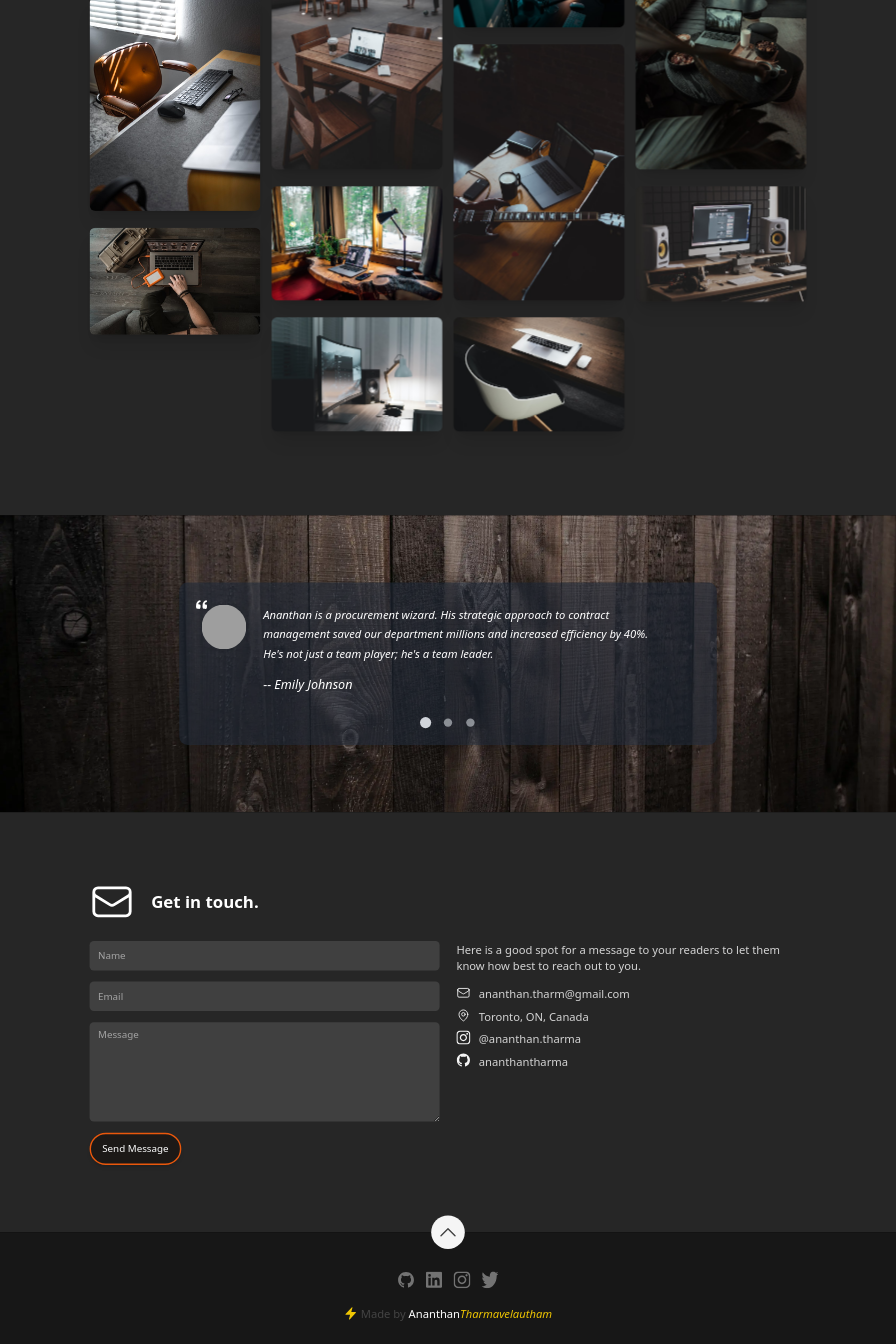
Repository: ananthantharma/portfolio
Page: /
An editor plug-in stored every save of this project. The page is shown before and after the next save, followed by the edit.
The browser window is 1280 px wide. The pictures show the part of the page from y = 3866 to 5786 px (the page is 5786 px tall), at 70% of full size.
Pictures or frames that could not be fetched are drawn as grey boxes. Backgrounds fixed to the window are drawn as part of the page. The project was rebuilt for these pictures with package versions that can differ from the ones it lists, and the page was loaded fresh each time. The framework's server and built-in components were replaced by stand-ins that run in the browser. Also part of the build but not shown: next.config.js, src/components/Icon/FacebookIcon.tsx.

Above is the page before, as saved 2023-08-30 15:40:39.

### src/globalStyles.scss
@tailwind base;
@tailwind components;
@tailwind utilities;

@layer utilities {
  /* Chrome, Safari and Opera */
  .no-scrollbar::-webkit-scrollbar {
    display: none;
  }

  .no-scrollbar {
    -ms-overflow-style: none; /* IE and Edge */
    scrollbar-width: none; /* Firefox */
  }
}

@supports (-webkit-touch-callout: none) {
  .h-screen {
    height: -webkit-fill-available;
  }
}

/* Global styles */
* {
  -webkit-font-smoothing: antialiased;
  -moz-osx-font-smoothing: grayscale;
}

html {
  -webkit-tap-highlight-color: transparent;
  scroll-behavior: smooth;
  height: 100vh;
}

body {
  position: relative;
  width: 100%;
  color: #444444;
  font-family: system-ui, -apple-system, BlinkMacSystemFont, 'Segoe UI', Ubuntu, 'Helvetica Neue', sans-serif;
  background-color: #fafafa;
}

td,
th {
  padding: 4px 8px 4px 4px;
  text-align: left;
}

th {
  font-weight: 600;
}

### src/components/Sections/Footer.tsx
import {BoltIcon, ChevronUpIcon} from '@heroicons/react/24/solid';
import {FC, memo} from 'react';

import {SectionId} from '../../data/data';
import Socials from '../Socials';

const Footer: FC = memo(() => (
  <div className="relative bg-neutral-900 px-4 pb-6 pt-12 sm:px-8 sm:pb-8 sm:pt-14">
    <div className="absolute inset-x-0 -top-4 flex justify-center sm:-top-6">
      <a
        className="rounded-full bg-neutral-100 p-1 ring-white ring-offset-2 ring-offset-gray-700/80 focus:outline-none focus:ring-2 sm:p-2"
        href={`/#${SectionId.Hero}`}>
        <ChevronUpIcon className="h-6 w-6 bg-transparent sm:h-8 sm:w-8" />
      </a>
    </div>
    <div className="flex flex-col items-center gap-y-6">
      <div className="flex gap-x-4 text-neutral-500">
        <Socials />
      </div>
      <a
        className="-m-2 flex items-center gap-x-1 rounded-md p-2 ring-yellow focus:outline-none focus:ring-2"
        >
        <BoltIcon className="h-5 w-5 text-yellow" />
        <span>
          Made by <span className="text-white">Ananthan</span>
          <span className="italic text-yellow">Tharmavelautham</span>
        </span>
      </a>

    </div>
  </div>
));

Footer.displayName = 'Footer';
export default Footer;

### src/data/data.tsx
import {
  AcademicCapIcon,
  ArrowDownTrayIcon,
  BuildingOffice2Icon,
  CalendarIcon,
  FlagIcon,
  MapIcon,
  SparklesIcon,
} from '@heroicons/react/24/outline';

import GithubIcon from '../components/Icon/GithubIcon';
import InstagramIcon from '../components/Icon/InstagramIcon';
import LinkedInIcon from '../components/Icon/LinkedInIcon';
import TwitterIcon from '../components/Icon/TwitterIcon';
import heroImage from '../images/header-background.webp';
import porfolioImage1 from '../images/portfolio/portfolio-1.jpg';
import porfolioImage2 from '../images/portfolio/portfolio-2.jpg';
import porfolioImage3 from '../images/portfolio/portfolio-3.jpg';
import porfolioImage4 from '../images/portfolio/portfolio-4.jpg';
import porfolioImage5 from '../images/portfolio/portfolio-5.jpg';
import porfolioImage6 from '../images/portfolio/portfolio-6.jpg';
import porfolioImage7 from '../images/portfolio/portfolio-7.jpg';
import porfolioImage8 from '../images/portfolio/portfolio-8.jpg';
import porfolioImage9 from '../images/portfolio/portfolio-9.jpg';
import porfolioImage10 from '../images/portfolio/portfolio-10.jpg';
import porfolioImage11 from '../images/portfolio/portfolio-11.jpg';
import profilepic from '../images/profilepic.jpg';
import testimonialImage from '../images/testimonial.webp';
import {
  About,
  ContactSection,
  ContactType,
  Hero,
  HomepageMeta,
  PortfolioItem,
  SkillGroup,
  Social,
  TestimonialSection,
  TimelineItem,
} from './dataDef';

/**
 * Page meta data
 */
export const homePageMeta: HomepageMeta = {
  title: 'React Resume Template',
  description: "Example site built with Ananthan Tharmavelautham's react resume template",
};

/**
 * Section definition
 */
export const SectionId = {
  Hero: 'hero',
  About: 'about',
  Contact: 'contact',
  Portfolio: 'portfolio',
  Resume: 'resume',
  Skills: 'skills',
  Stats: 'stats',
  Testimonials: 'testimonials',
} as const;

export type SectionId = (typeof SectionId)[keyof typeof SectionId];


const handleDownloadClick = () => {
  const userCode = window.prompt("Please enter the code:");

  if (userCode === '1992') {
    window.open('/assets/resume.pdf', '_blank');
  } else {
    alert('Incorrect code. Please try again.');
  }
};

/**
 * Hero section
 */
export const heroData: Hero = {
  imageSrc: heroImage,
  name: `I'm Ananthan Tharmavelautham.`,
  description: (
    <>
      <p className="prose-sm text-stone-200 sm:prose-base lg:prose-lg">
        I'm a Toronto based <strong className="text-stone-100">Supply Chain Professional</strong>, currently working
        at <strong className="text-stone-100">Hydro One</strong> supporting construction and engineering procurement, supply chain management, project management, and category management.
      </p>
      <p className="prose-sm text-stone-200 sm:prose-base lg:prose-lg">
        In my free time time, you can catch me playing <strong className="text-stone-100">Chess</strong>,
        working on <strong className="text-stone-100">Coding Projects</strong>, or exploring beautiful{' '}
        <strong className="text-stone-100">Toronto</strong>.
      </p>
    </>
  ),
  actions: [
    {
      text: 'Resume',
      primary: true,
      Icon: ArrowDownTrayIcon,
      onClick: handleDownloadClick,
    },
    {
      href: `#${SectionId.Contact}`,
      text: 'Contact',
      primary: false,
    },
  ],
};

/**
 * About section
 */
export const aboutData: About = {
  profileImageSrc: profilepic,
  description: `Certified as a P.Eng, PMP, and CSCP, I bring a unique blend of software engineering and procurement expertise to the table. With a track record of achieving over $75 million in procurement savings and a 40% increase in operational efficiency, I excel in contract management and stakeholder negotiations`,
  aboutItems: [
    {label: 'Location', text: 'Toronto, ON', Icon: MapIcon},
    {label: 'Age', text: '35', Icon: CalendarIcon},
    {label: 'Nationality', text: 'Canadian / Tamil', Icon: FlagIcon},
    {label: 'Interests', text: 'Chess, Coding, Photography, Gaming, Golf', Icon: SparklesIcon},
    {label: 'Study', text: 'University of Ontario I.T. ', Icon: AcademicCapIcon},
    {label: 'Employment', text: 'Hydro One', Icon: BuildingOffice2Icon},
  ],
};

/**
 * Skills section
 */
export const skills: SkillGroup[] = [
  {
    name: 'Contract & Procurement Management',
    skills: [
      {
        name: 'Contract Administration',
        level: 9,
      },
      {
        name: 'Procurement Strategy',
        level: 9,
      },
      {
        name: 'Stakeholder Management',
        level: 8,
      },
      {
        name: 'Cost Optimization',
        level: 8,
      },
    ],
  },
  {
    name: 'Project Management',
    skills: [
      {
        name: 'Project Coordination',
        level: 9,
      },
      {
        name: 'Risk Management',
        level: 8,
      },
      {
        name: 'Budgeting & Scheduling',
        level: 8,
      },
    ],
  },
  {
    name: 'Software Engineering',
    skills: [
      {
        name: 'Data Analysis',
        level: 7,
      },
      {
        name: 'Process Automation',
        level: 6,
      },
    ],
  },
  {
    name: 'Languages',
    skills: [
      {
        name: 'English',
        level: 10,
      },
      {
        name: 'Tamil',
        level: 7,
      },
    ],
  },
];


/**
 * Portfolio section
 */
export const portfolioItems: PortfolioItem[] = [
  {
    title: 'Procurement Efficiency Model',
    description: 'Developed an analytical model to optimize procurement processes, resulting in a 40% increase in efficiency.',
    url: 'https://procurementmodel.com',
    image: porfolioImage1,
  },
  {
    title: 'Multi-Million Dollar Contract Management',
    description: 'Administered and managed over 50 high-value contracts across various departments and organizations.',
    url: 'https://contractmanagement.com',
    image: porfolioImage2,
  },
  {
    title: 'Supply Chain Post-Pandemic',
    description: 'Successfully navigated post-pandemic supply chain constraints, negotiating optimal contract terms and conditions.',
    url: 'https://supplychainpostpandemic.com',
    image: porfolioImage3,
  },
  {
    title: 'Vendor Managed Inventory Program',
    description: 'Coordinated the procurement of technically complex engineering construction contracts and vendor managed inventory programs.',
    url: 'https://vendormanagedinventory.com',
    image: porfolioImage4,
  },
  {
    title: 'Stakeholder Engagement',
    description: 'Skilled in engaging multiple stakeholders across various departments to achieve common goals.',
    url: 'https://stakeholderengagement.com',
    image: porfolioImage5,
  },
  {
    title: 'Cost Optimization Strategy',
    description: 'Made data-driven recommendations that achieved up to 30% cost savings on individual projects.',
    url: 'https://costoptimization.com',
    image: porfolioImage6,
  },
  {
    title: 'Team Leadership & Guidance',
    description: 'Provided advice and guidance to Supply Chain staff on procurement strategies and risk management.',
    url: 'https://teamleadership.com',
    image: porfolioImage7,
  },
  {
    title: 'Commercial Contract Drafting',
    description: 'Developed, negotiated, and drafted complex commercial agreements, including amendments.',
    url: 'https://commercialcontractdrafting.com',
    image: porfolioImage8,
  },
  {
    title: 'Audit Support',
    description: 'Provided daily support to internal and external auditors to ensure transparency and efficiency.',
    url: 'https://auditsupport.com',
    image: porfolioImage9,
  },
  {
    title: 'Renewable Generation Supply Chain',
    description: 'Managed renewable generation supply chain, setting time-targeted tasks and ensuring program effectiveness.',
    url: 'https://renewablegeneration.com',
    image: porfolioImage10,
  },
  {
    title: 'Defective Work Management',
    description: 'Facilitated the defective work management process within the context of existing agreements.',
    url: 'https://defectiveworkmanagement.com',
    image: porfolioImage11,
  },
];
// Add this new array for Credentials
export const credentials: TimelineItem[] = [
  {
    date: '2023',
    location: (
      <a href="https://www.peo.on.ca/about-peo/what-is-peo" rel="noopener noreferrer" target="_blank">
        Professional Engineers Ontario (PEO)
      </a>
    ),
    title: 'Professional Engineer (P.Eng)',
    content: <p>Obtained Professional Engineer (P.Eng) certification, demonstrating expertise in engineering principles and practices.</p>,
  },
  {
    date: '2017', // Year you obtained the credential
    location: (
      <a href="https://www.ascm.org/about-ascm/" rel="noopener noreferrer" target="_blank">
        American Production and Inventory Control Society (APICS Toronto Chapter)
      </a>
    ),
    title: 'Certified Supply Chain Professional (CSCP)',
    content: <p>Achieved CSCP certification, validating my expertise in supply chain management and ability to streamline operations.</p>,
  }
  ,
  {
    date: '2017', // Year you obtained the credential
    location: (
      <a href="https://www.pmi.org/certifications/project-management-pmp" rel="noopener noreferrer" target="_blank">
        Project Management Institute (PMI)
      </a>
    ),
    title: 'Project Management Professional (PMP)',
    content: <p>Received PMP certification, affirming my skills in project management, including planning, execution, and monitoring.</p>,
  },
];


/**
 * Resume section -- TODO: Standardize resume contact format or offer MDX
 */
export const education: TimelineItem[] = [
  {
    date: '2012',
    location: 'University of Ontario Institute of Technology (UOIT)',
    title: 'Bachelor of Mechanical Engineering with Honors (B.Eng.)',
    content: <p>Specialized in mechanical engineering with a focus on project management and team collaboration.</p>,
  },
  {
    date: '2022',
    location: 'Centennial College of Applied Arts and Technology',
    title: 'Software Engineering Technology (Diploma)',
    content: <p>Acquired practical skills in software engineering, including coding, data structures, and algorithms.</p>,
  },
  {
    date: '2020',
    location: 'Osgoode Hall Law School of York University',
    title: 'Certificates in Public Procurement Law & Practice, Contract Management and Negotiation',
    content: <p>Received specialized training in public procurement law, contract management, and negotiation techniques.</p>,
  },
];

export const experience: TimelineItem[] = [
  {
    date: 'Sept 2022 - Present',
    location: 'Hydro One, Toronto, ON',
    title: 'Sourcing Category Lead, Category Management',
    content: (
      <p>
        Specialize in contract administration and procurement strategy. Successfully navigated post-pandemic supply chain constraints, achieving optimal contract terms and conditions.
      </p>
    ),
  },
  {
    date: 'Mar 2021 – Sept 2022',
    location: 'Ontario Power Generation, Courtice, ON',
    title: 'Senior Procurement Specialist- Supply Chain',
    content: (
      <p>
        Responsible for planning and coordinating the procurement of technically complex engineering construction contracts. Developed procurement strategies that considered market conditions and end-user needs.
      </p>
    ),
  },
  {
    date: 'Feb 2019 - Mar 2021',
    location: 'Ontario Power Generation, Etobicoke, ON',
    title: 'First Line Manager, Renewable Generation - Supply Chain',
    content: (
      <p>
        Supervised subordinates and ensured programs were implemented effectively. Provided advice and guidance on procurement strategies and risk management. Offered analytical and strategic supply planning support for complex projects.
      </p>
    ),
  },
  {
    date: 'Oct 2013 - Oct 2015',
    location: 'Canadian Nuclear Laboratories Ltd., Port Hope, ON',
    title: 'Contract Officer',
    content: (
      <p>
        Managed the tendering process, including drafting of contractual documents and evaluation of bids. Offered strategic recommendations on pricing and contract strategy for high-value, complex projects.
      </p>
    ),
  },
  {
    date: 'Jan 2012 - Oct 2013',
    location: 'Atomic Energy of Canada Ltd., Chalk River, ON',
    title: 'Contract Administrator',
    content: (
      <p>
        Developed and led the implementation of a unique reporting tool for project managers. Managed post-award contract administration, ensuring compliance and drafting change orders as needed.
      </p>
    ),
  },
];

/**
 * Testimonial section
 */
export const testimonial: TestimonialSection = {
  imageSrc: testimonialImage,
  testimonials: [
    {
      name: 'Emily Johnson',
      text: 'Ananthan is a procurement wizard. His strategic approach to contract management saved our department millions and increased efficiency by 40%. He\'s not just a team player; he\'s a team leader.',
      image: 'https://cloudflare-ipfs.com/ipfs/Qmd3W5DuhgHirLHGVixi6V76LhCkZUz6pnFt5AJBiyvHye/avatar/169.jpg',
    },
    {
      name: 'Michael Smith',
      text: 'I had the pleasure of working with Ananthan on several high-stakes projects. His ability to negotiate and manage complex contracts is unparalleled. He has a knack for balancing diverse stakeholder interests for optimal results.',
      image: 'https://cloudflare-ipfs.com/ipfs/Qmd3W5DuhgHirLHGVixi6V76LhCkZUz6pnFt5AJBiyvHye/avatar/14.jpg',
    },
    {
      name: 'Sarah Williams',
      text: 'Ananthan\'s contributions to our supply chain strategies were invaluable. His data-driven recommendations led to cost savings of up to 30% on individual projects. He\'s a true asset to any team.',
      image: 'https://cloudflare-ipfs.com/ipfs/Qmd3W5DuhgHirLHGVixi6V76LhCkZUz6pnFt5AJBiyvHye/avatar/69.jpg',
    },
  ],
};


/**
 * Contact section
 */

export const contact: ContactSection = {
  headerText: 'Get in touch.',
  description: 'Here is a good spot for a message to your readers to let them know how best to reach out to you.',
  items: [
    {
      type: ContactType.Email,
      text: 'ananthan.tharm@gmail.com',
      href: 'mailto:ananthan.tharm@gmail.com',
    },
    {
      type: ContactType.Location,
      text: 'Toronto, ON, Canada',
      href: 'https://www.google.ca/maps/place/Toronto,+ON/@43.7182639,-79.7076927,10z/data=!3m1!4b1!4m6!3m5!1s0x89d4cb90d7c63ba5:0x323555502ab4c477!8m2!3d43.653226!4d-79.3831843!16zL20vMGg3aDY?entry=ttu',
    },
    {
      type: ContactType.Instagram,
      text: '@ananthan.tharma',
      href: 'https://www.instagram.com/ananthan.tharma/',
    },
    {
      type: ContactType.Github,
      text: 'ananthantharma',
      href: 'https://github.com/ananthantharma',
    },
  ],
};

/**
 * Social items
 */
export const socialLinks: Social[] = [
  {label: 'Github', Icon: GithubIcon, href: 'https://github.com/ananthantharma'},
  {label: 'LinkedIn', Icon: LinkedInIcon, href: 'https://www.linkedin.com/in/ananthan/'},
  {label: 'Instagram', Icon: InstagramIcon, href: 'https://www.instagram.com/ananthan.tharma/'},
  {label: 'Twitter', Icon: TwitterIcon, href: 'https://twitter.com/bloodripp'},
];

### src/components/Icon/TwitterIcon.tsx
import {FC, memo} from 'react';

import Icon, {IconProps} from './Icon';

const TwitterIcon: FC<IconProps> = memo(props => (
  <Icon {...props}>
    <path
      d="M40.254 127.637c48.305 0 74.719-48.957 74.719-91.403 0-1.39 0-2.777-.075-4.156 5.141-4.547 9.579-10.18 13.102-16.633-4.79 2.602-9.871 4.305-15.078 5.063 5.48-4.02 9.582-10.336 11.539-17.774-5.156 3.743-10.797 6.38-16.68 7.801-8.136-10.586-21.07-13.18-31.547-6.32-10.472 6.86-15.882 21.46-13.199 35.617C41.922 38.539 22.246 26.336 8.915 6.27 1.933 20.94 5.487 39.723 17.022 49.16c-4.148-.172-8.207-1.555-11.832-4.031v.41c0 15.273 8.786 28.438 21.02 31.492a21.596 21.596 0 01-11.863.543c3.437 13.094 13.297 22.07 24.535 22.328-9.305 8.918-20.793 13.75-32.617 13.72-2.094 0-4.188-.15-6.266-.446 12.008 9.433 25.98 14.441 40.254 14.422"
      fill="currentColor"></path>
  </Icon>
));

export default TwitterIcon;

### src/components/Sections/Resume/ResumeSection.tsx
import {FC, memo, PropsWithChildren} from 'react';

const ResumeSection: FC<PropsWithChildren<{title: string}>> = memo(({title, children}) => {
  return (
    <div className="grid grid-cols-1 gap-y-4 py-8 first:pt-0 last:pb-0  md:grid-cols-4">
      <div className="col-span-1 flex justify-center md:justify-start">
        <div className="relative h-max">
          <h2 className="text-xl font-bold uppercase text-neutral-800">{title}</h2>
          <span className="absolute inset-x-0 -bottom-1 border-b-2 border-orange-400" />
        </div>
      </div>
      <div className="col-span-1 flex flex-col md:col-span-3">{children}</div>
    </div>
  );
});

ResumeSection.displayName = 'ResumeSection';
export default ResumeSection;

### src/components/Sections/Resume/Skills.tsx
import {FC, memo, PropsWithChildren, useMemo} from 'react';

import {Skill as SkillType, SkillGroup as SkillGroupType} from '../../../data/dataDef';

export const SkillGroup: FC<PropsWithChildren<{skillGroup: SkillGroupType}>> = memo(({skillGroup}) => {
  const {name, skills} = skillGroup;
  return (
    <div className="flex flex-col">
      <span className="text-center text-lg font-bold">{name}</span>
      <div className="flex flex-col gap-y-2">
        {skills.map((skill, index) => (
          <Skill key={`${skill.name}-${index}`} skill={skill} />
        ))}
      </div>
    </div>
  );
});

SkillGroup.displayName = 'SkillGroup';

export const Skill: FC<{skill: SkillType}> = memo(({skill}) => {
  const {name, level, max = 10} = skill;
  const percentage = useMemo(() => Math.round((level / max) * 100), [level, max]);

  return (
    <div className="flex flex-col">
      <span className="ml-2 text-sm font-medium">{name}</span>
      <div className="h-5 w-full overflow-hidden rounded-full bg-neutral-300">
        <div className="h-full rounded-full bg-orange-400" style={{width: `${percentage}%`}} />
      </div>
    </div>
  );
});

Skill.displayName = 'Skill';

### src/components/Sections/Resume/TimelineItem.tsx
import {FC, memo} from 'react';

import {TimelineItem} from '../../../data/dataDef';

const TimelineItem: FC<{item: TimelineItem}> = memo(({item}) => {
  const {title, date, location, content} = item;
  return (
    <div className="flex flex-col pb-8 text-center last:pb-0 md:text-left">
      <div className="flex flex-col pb-4">
        <h2 className="text-xl font-bold">{title}</h2>
        <div className="flex items-center justify-center gap-x-2 md:justify-start">
          <span className="flex-1 text-sm font-medium italic sm:flex-none">{location}</span>
          <span>•</span>
          <span className="flex-1 text-sm sm:flex-none">{date}</span>
        </div>
      </div>
      {content}
    </div>
  );
});

TimelineItem.displayName = 'TimelineItem';
export default TimelineItem;

Loaded but not shown: src/pages/_app.tsx (common file); src/pages/_document.tsx (common file); src/pages/index.tsx (common file); src/components/Layout/Section.tsx (common file); src/components/Icon/LinkedInIcon.tsx (common file); src/components/Socials.tsx (common file); src/config.ts (common file); src/hooks/useDetectOutsideClick.ts (common file); src/hooks/useInterval.ts (common file); src/hooks/useWindow.ts (common file); src/components/Icon/Icon.tsx (common file); tailwind.config.js (common file); src/components/Sections/Header.tsx (157 lines, source omitted); src/components/Sections/Testimonials.tsx (139 lines, source omitted); src/components/Sections/Contact/index.tsx (71 lines, source omitted); src/components/Sections/Portfolio.tsx (84 lines, source omitted); src/data/dataDef.ts (151 lines, source omitted); src/components/Sections/Contact/ContactForm.tsx (71 lines, source omitted); src/components/Sections/Hero.tsx (61 lines, source omitted); src/hooks/useNavObserver.tsx (60 lines, source omitted); src/components/Icon/GithubIcon.tsx (16 lines, source omitted); src/components/Sections/About.tsx (41 lines, source omitted); src/components/Icon/InstagramIcon.tsx (22 lines, source omitted); src/components/Sections/Resume/index.tsx (44 lines, source omitted); src/components/Layout/Page.tsx (40 lines, source omitted); src/components/Icon/QuoteIcon.tsx (18 lines, source omitted)

After the next save:
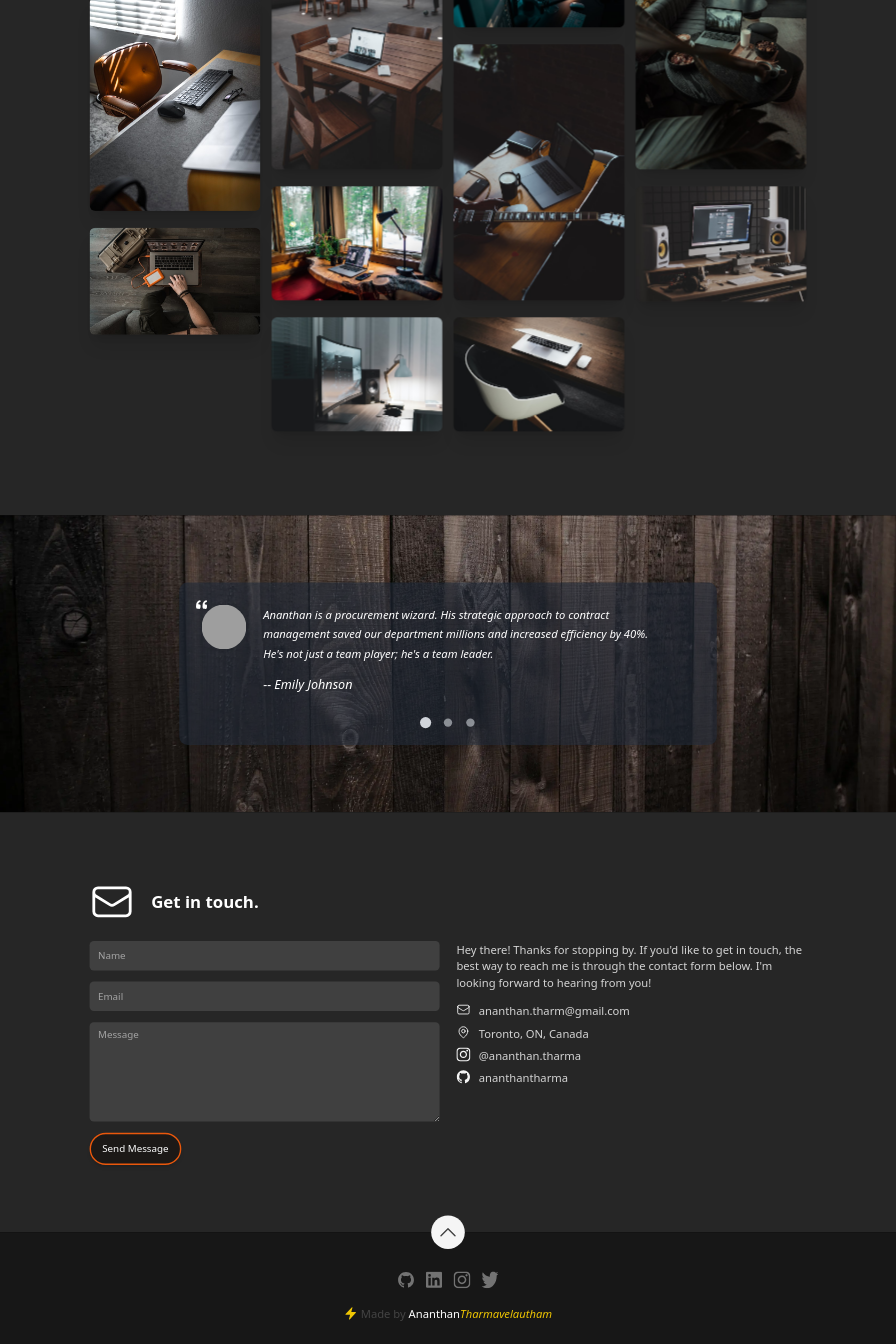
Saved 18 min 52 s later.
--- a/src/data/data.tsx
+++ b/src/data/data.tsx
@@ -410,7 +410,7 @@ export const testimonial: TestimonialSection = {
 
 export const contact: ContactSection = {
   headerText: 'Get in touch.',
-  description: 'Here is a good spot for a message to your readers to let them know how best to reach out to you.',
+  description: 'Hey there! Thanks for stopping by. If you\'d like to get in touch, the best way to reach me is through the contact form below. I\'m looking forward to hearing from you!',
   items: [
     {
       type: ContactType.Email,
